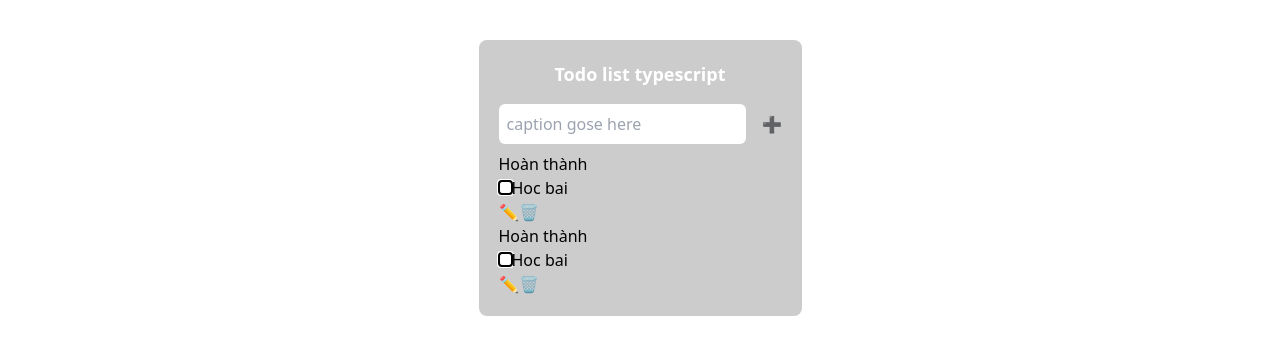
Repository: VIET-TU/react-super-main
Page: / (app in todolist-mybuild/)
These files come from the project's save history. The page is drawn as it stood at one moment and after the next save; the edit follows.
The browser window is 1280 px wide. The pictures show the whole page.
The project was rebuilt for these pictures with package versions that can differ from the ones it lists, and the page was loaded fresh each time. Also part of the build but not shown: todolist-mybuild/vite.config.ts.

Above is the page before, as saved 2023-05-16 06:53:16.

### todolist-mybuild/src/App.tsx
import TodoList from './components/TodoLists'

function App() {
  return (
    <>
      <TodoList></TodoList>
    </>
  )
}

export default App

### todolist-mybuild/src/index.css
@tailwind base;
@tailwind components;
@tailwind utilities;

input {
  outline: auto;
}

### todolist-mybuild/src/components/TodoLists/index.ts
import TodoList from './TodoList'

export default TodoList

### todolist-mybuild/src/components/TodoLists/TodoList.tsx
import { Todo } from '../../@types/todos.types'
import TaskInput from '../TaskInput'
import TaskList from '../TaskList'
import { useEffect, useState } from 'react'

const TodoList = () => {
  const [todos, setTodos] = useState<Todo[]>([])
  const [currentTodo, setCurrentTodo] = useState<Todo | null>(null)
  const doneTodos = todos.filter((todo) => todo.done)
  const notdoneTodos = todos.filter((todo) => !todo.done)

  useEffect(() => {
    const todosString = localStorage.getItem('todos')
    const todosObj: Todo[] = JSON.parse(todosString || '[]')
    setTodos(todosObj)
  }, [])

  const addTodo = (name: string): void => {
    const todo: Todo = {
      name,
      done: false,
      id: new Date().toISOString()
    }
    setTodos((pre) => [...pre, todo])
    const todosString = localStorage.getItem('todos')
    const todosObj: Todo[] = JSON.parse(todosString || '[]')
    const newTodoObj = [...todosObj, todo]
    localStorage.setItem('todos', JSON.stringify(newTodoObj))
  }

  const handleDoneTodo = (id: string, done: boolean) => {
    setTodos((prev) => {
      return prev.map((todo) => {
        if (todo.id === id) {
          return { ...todo, done }
        }
        return todo
      })
    })
  }

  const startEditTodo = (id: string) => {
    const findedTodo = todos.find((todo) => todo.id === id)
    if (findedTodo) {
      setCurrentTodo(findedTodo)
    }
  }

  const editTodo = (name: string) => {
    setCurrentTodo((prev) => {
      if (prev) {
        return { ...prev, name }
      }
      return prev
    })
  }

  const finishEditTodo = () => {
    setTodos((prev) => {
      return prev.map((todo) => {
        if (todo.id === (currentTodo as Todo).id) {
          return currentTodo as Todo
        }
        return todo
      })
    })
    setCurrentTodo(null)
  }

  const deleteTodo = (id: string) => {
    if (currentTodo) {
      setCurrentTodo(null)
    }

    setTodos((prev) => {
      const findedIndexTodo = prev.findIndex((todo) => todo.id === id)
      if (findedIndexTodo > -1) {
        const result = [...prev]
        result.splice(findedIndexTodo, 1) // delete 1 elem in array
        return result
      }
      return prev
    })
  }

  return (
    <div className='p-[20px] rounded-lg bg-[#ccc] max-w-max mx-auto my-10'>
      <TaskInput
        editTodo={editTodo}
        addTodo={addTodo}
        currentTodo={currentTodo}
        finishEditTodo={finishEditTodo}
      ></TaskInput>
      <TaskList
        handleDoneTodo={handleDoneTodo}
        todos={notdoneTodos}
        doneTaskList={false}
        startEditTodo={startEditTodo}
        deleteTodo={deleteTodo}
      />
      <TaskList
        handleDoneTodo={handleDoneTodo}
        todos={doneTodos}
        doneTaskList={true}
        startEditTodo={startEditTodo}
        deleteTodo={deleteTodo}
      />
    </div>
  )
}

export default TodoList

### todolist-mybuild/src/components/TaskInput/index.ts
import TaskInput from './TaskInput'

export default TaskInput

### todolist-mybuild/src/components/TaskInput/TaskInput.tsx
import React from 'react'

const TaskInput = () => {
  return (
    <div className='mb-2'>
      <h1 className='mb-4 text-lg font-bold text-white text-[20px] text-center'>Todo list typescript</h1>
      <form placeholder='enter your text'>
        <input className='p-2 mr-4 rounded-md outline-0' type='text' placeholder='caption gose here' />
        <button type='submit'>➕</button>
      </form>
    </div>
  )
}

export default TaskInput

### todolist-mybuild/src/components/TaskList/TaskList.tsx
import React from 'react'

const TaskList = () => {
  return (
    <div>
      <h2>Hoàn thành</h2>
      <div className='tasks '>
        <div className='task'>
          <input type='checkbox' name='' id=' ' />
          <span>Hoc bai</span>
          <div className=''>
            <button>✏️</button>
            <button>🗑️</button>
          </div>
        </div>
      </div>
    </div>
  )
}

export default TaskList

Loaded but not shown: todolist-mybuild/index.html (common file); todolist-mybuild/src/main.tsx (common file); todolist-mybuild/src/components/TaskList/index.ts (common file); todolist-mybuild/tailwind.config.js (common file)

After the next save:
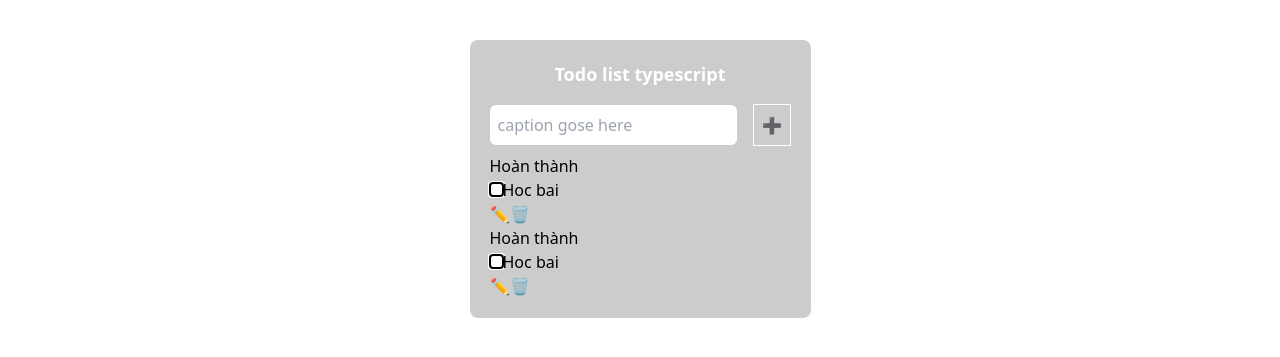
Saved 59 s later.
--- a/todolist-mybuild/src/components/TaskInput/TaskInput.tsx
+++ b/todolist-mybuild/src/components/TaskInput/TaskInput.tsx
@@ -6,7 +6,9 @@ const TaskInput = () => {
       <h1 className='mb-4 text-lg font-bold text-white text-[20px] text-center'>Todo list typescript</h1>
       <form placeholder='enter your text'>
         <input className='p-2 mr-4 rounded-md outline-0' type='text' placeholder='caption gose here' />
-        <button type='submit'>➕</button>
+        <button type='submit' className='p-2 border border-white'>
+          ➕
+        </button>
       </form>
     </div>
   )
